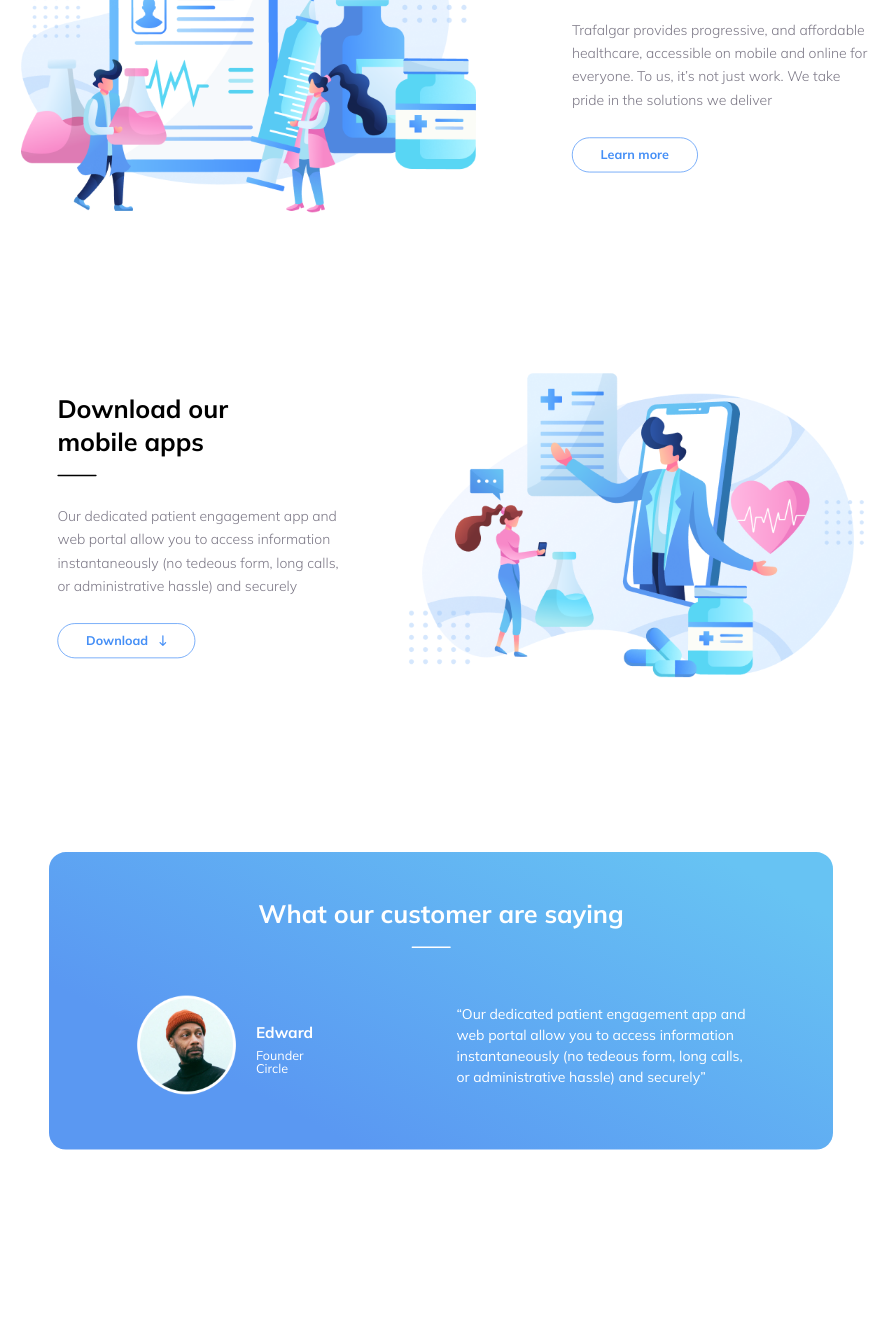
Repository: tungcutte35/Trafalgar
Page: index.html
An editor plug-in stored every save of this project. The page is shown before and after the next save, followed by the edit.
The browser window is 1280 px wide. The pictures show the part of the page from y = 2526 to 4446 px (the page is 4446 px tall), at 70% of full size.
The style sheet was rebuilt from its Sass, Less or Tailwind sources for each picture, by a compiler version that may differ from the author's.

Above is the page before, as saved 2021-10-18 01:05:46.

After the next save:
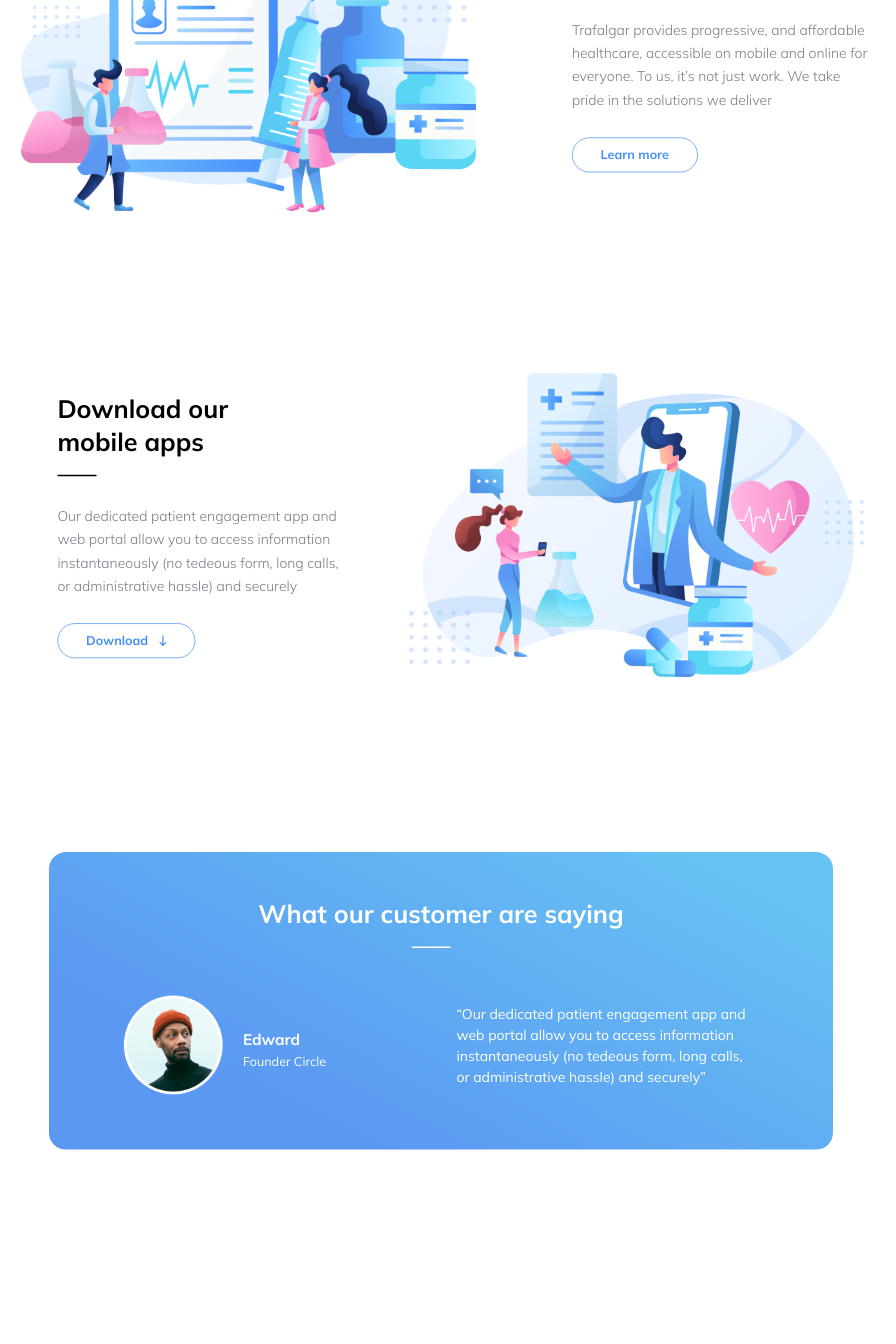
Saved 7 s later.
--- a/sass/_customer.scss
+++ b/sass/_customer.scss
@@ -59,6 +59,7 @@
     font-size: 18px;
     font: 400px;
     color: white;
+    width: 119px;
   }
   &-content {
     width: 100%;
